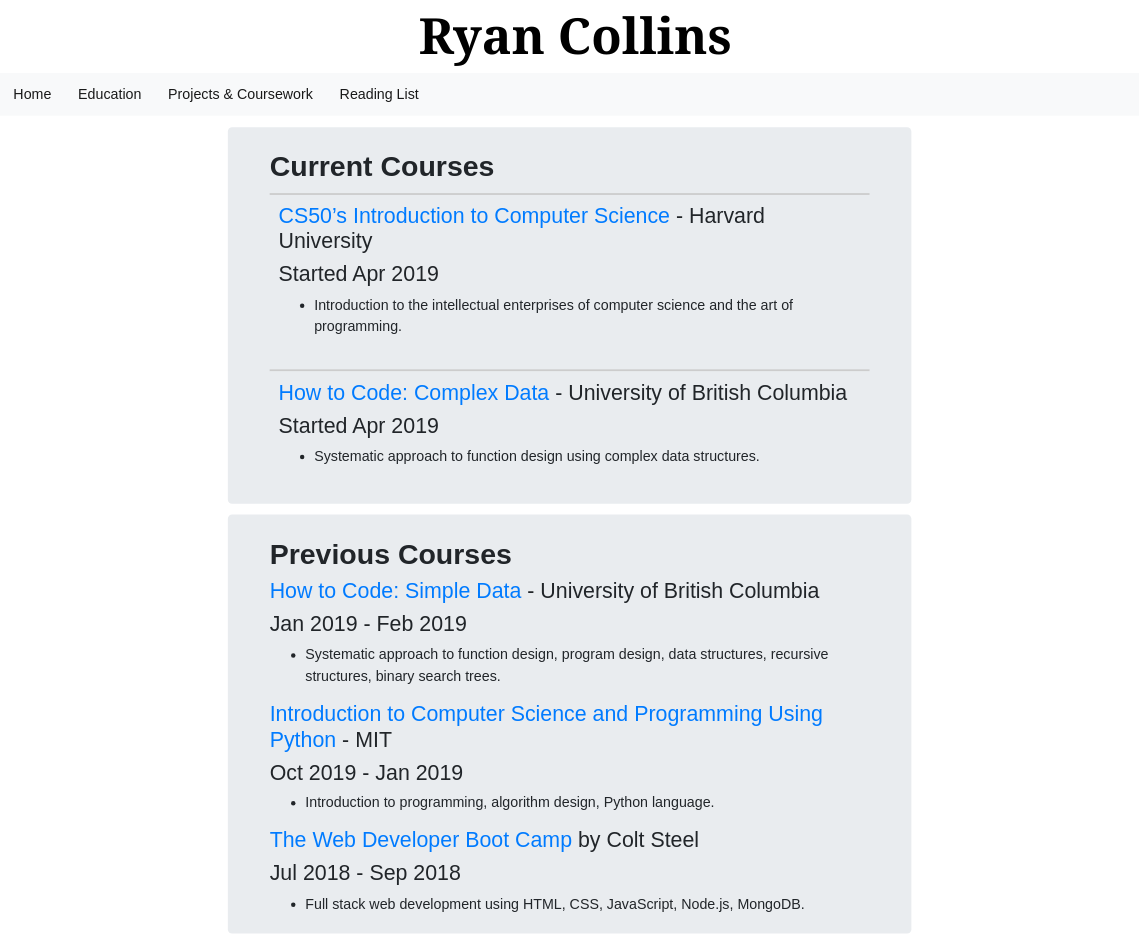
Repository: RyanMCollins/cs50
Page: pset5/homepage/education.html
The author's editor kept a record of every edit. The page is drawn from the files as they stood at one moment, then again after the next edit.
The browser window is 1280 px wide. The pictures show the whole page, at 89% of full size.

Above is the page before.

### pset5/homepage/education.html
<!DOCTYPE html>

<html lang="en">
    <head>
        <meta name="viewport" content="width=device-width, initial-scale=1, shrink-to-fit=no">
        <script src="https://code.jquery.com/jquery-3.3.1.slim.min.js" integrity="sha384-q8i/X+965DzO0rT7abK41JStQIAqVgRVzpbzo5smXKp4YfRvH+8abtTE1Pi6jizo" crossorigin="anonymous"></script>
        <script src="https://cdnjs.cloudflare.com/ajax/libs/popper.js/1.14.3/umd/popper.min.js" integrity="sha384-ZMP7rVo3mIykV+2+9J3UJ46jBk0WLaUAdn689aCwoqbBJiSnjAK/l8WvCWPIPm49" crossorigin="anonymous"></script>
        <script src="https://stackpath.bootstrapcdn.com/bootstrap/4.1.3/js/bootstrap.min.js" integrity="sha384-ChfqqxuZUCnJSK3+MXmPNIyE6ZbWh2IMqE241rYiqJxyMiZ6OW/JmZQ5stwEULTy" crossorigin="anonymous"></script>
        <link href="https://stackpath.bootstrapcdn.com/bootstrap/4.1.3/css/bootstrap.min.css" rel="stylesheet">
        <link href="styles.css" rel="stylesheet">
        <title>Education</title>
    </head>
    <body>
        <h1 id="site-title">
            Ryan Collins
        </h1>
        <nav class="navbar navbar-expand-lg navbar-light bg-light">

            <button class="navbar-toggler" type="button" data-toggle="collapse" data-target="#navbarSupportedContent" aria-controls="navbarSupportedContent" aria-expanded="false" aria-label="Toggle navigation">
                <span class="navbar-toggler-icon"></span>
              </button>
              <div class="collapse navbar-collapse" id="navbarSupportedContent">
                <ul class="navbar-nav mr-auto">
                  <li class="nav-item active">
                    <a class="nav-link" href="/home">Home<span class="sr-only">(current)</span></a>
                  </li>
                  <li class="nav-item active">
                    <a class="nav-link" href="/education">Education<span class="sr-only">(current)</span></a>
                  </li>
                  <li class="nav-item active">
                    <a class="nav-link" href="/projects">Projects & Coursework<span class="sr-only">(current)</span></a>
                  </li>
                  <li class="nav-item active">
                    <a class="nav-link" href="/readlist">Reading List<span class="sr-only">(current)</span></a>
                  </li>
                </ul>
              </div>
        </nav>
        <div class="jumbotron">
            <div class="container">
                <h2 class="main-header">
                    Current Courses
                </h2>
                <div class="sub-division">
                    <h4>
                        <a href="https://www.edx.org/course/cs50s-introduction-computer-science-harvardx-cs50x">
                            CS50’s Introduction to Computer Science
                        </a>
                        - Harvard University
                    </h4>
                    <h4>
                        Started Apr 2019
                    </h4>
                    <ul>
                        <li>
                            Introduction to the intellectual enterprises of computer science and the art of programming.
                        </li>
                    </ul>
                </div>
                <div class="sub-division">
                    <h4>
                        <a href="https://www.edx.org/course/how-code-complex-data-ubcx-htc2x">How to Code: Complex Data</a>
                        - University of British Columbia
                    </h4>
                    <h4>
                        Started Apr 2019
                    </h4>
                    <ul>
                        <li>
                            Systematic approach to function design using complex data structures.
                        </li>
                    </ul>
                </div>
            </div>
        </div>
        <div class="jumbotron">
            <div class="container">
                <h2 class="main-header">
                    Previous Courses
                </h2>
                <h4>
                    <a href="https://www.edx.org/course/how-code-simple-data-ubcx-htc1x">How to Code: Simple Data</a>
                    - University of British Columbia
                </h4>
                <h4>
                    Jan 2019 - Feb 2019
                </h4>
                <ul>
                    <li>
                        Systematic approach to function design, program design, data structures, recursive structures, binary search trees.

                    </li>
                </ul>
                <h4>
                    <a href="https://www.edx.org/course/introduction-to-computer-science-and-programming-using-python-0">
                        Introduction to Computer Science and Programming Using Python
                    </a>
                     - MIT
                </h4>
                <h4>
                    Oct 2019 - Jan 2019
                </h4>
                <ul>
                    <li>
                        Introduction to programming, algorithm design, Python language.
                    </li>
                </ul>
                <h4>
                    <a href="https://www.udemy.com/the-web-developer-bootcamp/">
                        The Web Developer Boot Camp
                    </a>
                     by Colt Steel
                </h4>
                <h4>
                    Jul 2018 - Sep 2018
                </h4>
                <ul>
                    <li>
                        Full stack web development using HTML, CSS, JavaScript, Node.js, MongoDB.
                    </li>
                </ul>
            </div>
        </div>
    </body>
</html>

### pset5/homepage/styles.css
body {
    font-size: 14;
    font-family: "Arial";
    min-height: 100vh;
}

#site-title {
    text-align: center;
    font-size: 350%;
    font-family: "Georgia";
    font-weight: bold;
    color: #000000;
    padding-left: 1%;
    padding-bottom: .7%;
    padding-top: .45%;
    margin: 0;
}

@media  screen and (max-width: 368px) {
    #site-title {
        font-size: 200%;
    }
}

#site-title a {
    color: inherit;
    text-decoration: none;
}

.navbar {
    padding: 0;
    /*padding: 0 1%;*/
    background-color: #eee;
}

.flex-break.flex-small {
    flex: 1;
}

.flex-break.flex-large {
    flex: 2;
}

@media  screen and (max-width: 990px) {
    .flex-break.flex-large, .flex-break.flex-small {
        justify-content: flex-start!important;
    }
}

.nav-item {
    padding: 0 5px;
    margin: 4px 2px;
}

.jumbotron {
    margin: 1% 20%;
    padding-top: 2%;
    padding-bottom: 5px;
}

.main-header {
    font-size: 200%;
    font-weight: bold;
}

.sub-division {
    border-top: solid #cccccc 2px;
    margin-top: 10px;
    margin-bottom: 10px;
    padding: 10px;
}

.sub-division-header {
    display: flex;
    padding-bottom: 15px;
}

.sub-division-title {
    font-size: 24px;
    float: left;
    margin-bottom: 0px;
    margin-top: auto;
}

.sub-division-appendice {
    font-size: 18px;
    margin-bottom: 0px;
    margin-top: auto;
}

.sub-division-appendice.date {
    margin-right: 0px;
    margin-left: auto;
}

.sub-division-author {
    font-size: 20px;
    padding-bottom: 10px;
}

After the next edit:
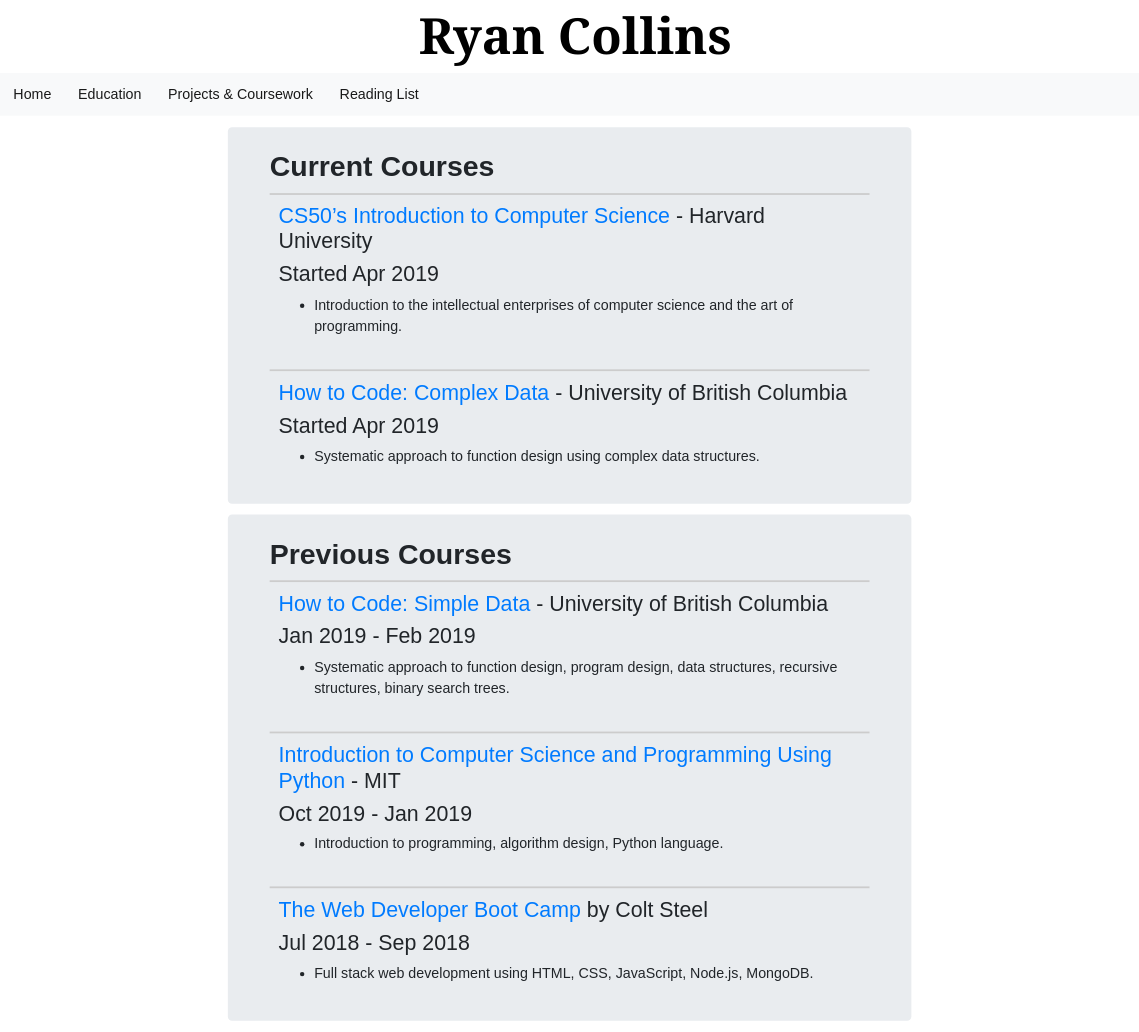
The edit:
--- a/pset5/homepage/education.html
+++ b/pset5/homepage/education.html
@@ -78,47 +78,53 @@
                 <h2 class="main-header">
                     Previous Courses
                 </h2>
-                <h4>
-                    <a href="https://www.edx.org/course/how-code-simple-data-ubcx-htc1x">How to Code: Simple Data</a>
-                    - University of British Columbia
-                </h4>
-                <h4>
-                    Jan 2019 - Feb 2019
-                </h4>
-                <ul>
-                    <li>
-                        Systematic approach to function design, program design, data structures, recursive structures, binary search trees.
+                <div class="sub-division">
+                    <h4>
+                        <a href="https://www.edx.org/course/how-code-simple-data-ubcx-htc1x">How to Code: Simple Data</a>
+                        - University of British Columbia
+                    </h4>
+                    <h4>
+                        Jan 2019 - Feb 2019
+                    </h4>
+                    <ul>
+                        <li>
+                            Systematic approach to function design, program design, data structures, recursive structures, binary search trees.
 
-                    </li>
-                </ul>
-                <h4>
-                    <a href="https://www.edx.org/course/introduction-to-computer-science-and-programming-using-python-0">
-                        Introduction to Computer Science and Programming Using Python
-                    </a>
-                     - MIT
-                </h4>
-                <h4>
-                    Oct 2019 - Jan 2019
-                </h4>
-                <ul>
-                    <li>
-                        Introduction to programming, algorithm design, Python language.
-                    </li>
-                </ul>
-                <h4>
-                    <a href="https://www.udemy.com/the-web-developer-bootcamp/">
-                        The Web Developer Boot Camp
-                    </a>
-                     by Colt Steel
-                </h4>
-                <h4>
-                    Jul 2018 - Sep 2018
-                </h4>
-                <ul>
-                    <li>
-                        Full stack web development using HTML, CSS, JavaScript, Node.js, MongoDB.
-                    </li>
-                </ul>
+                        </li>
+                    </ul>
+                </div>
+                <div class="sub-division">
+                    <h4>
+                        <a href="https://www.edx.org/course/introduction-to-computer-science-and-programming-using-python-0">
+                            Introduction to Computer Science and Programming Using Python
+                        </a>
+                         - MIT
+                    </h4>
+                    <h4>
+                        Oct 2019 - Jan 2019
+                    </h4>
+                    <ul>
+                        <li>
+                            Introduction to programming, algorithm design, Python language.
+                        </li>
+                    </ul>
+                </div>
+                <div class="sub-division">
+                    <h4>
+                        <a href="https://www.udemy.com/the-web-developer-bootcamp/">
+                            The Web Developer Boot Camp
+                        </a>
+                         by Colt Steel
+                    </h4>
+                    <h4>
+                        Jul 2018 - Sep 2018
+                    </h4>
+                    <ul>
+                        <li>
+                            Full stack web development using HTML, CSS, JavaScript, Node.js, MongoDB.
+                        </li>
+                    </ul>
+                </div>
             </div>
         </div>
     </body>
